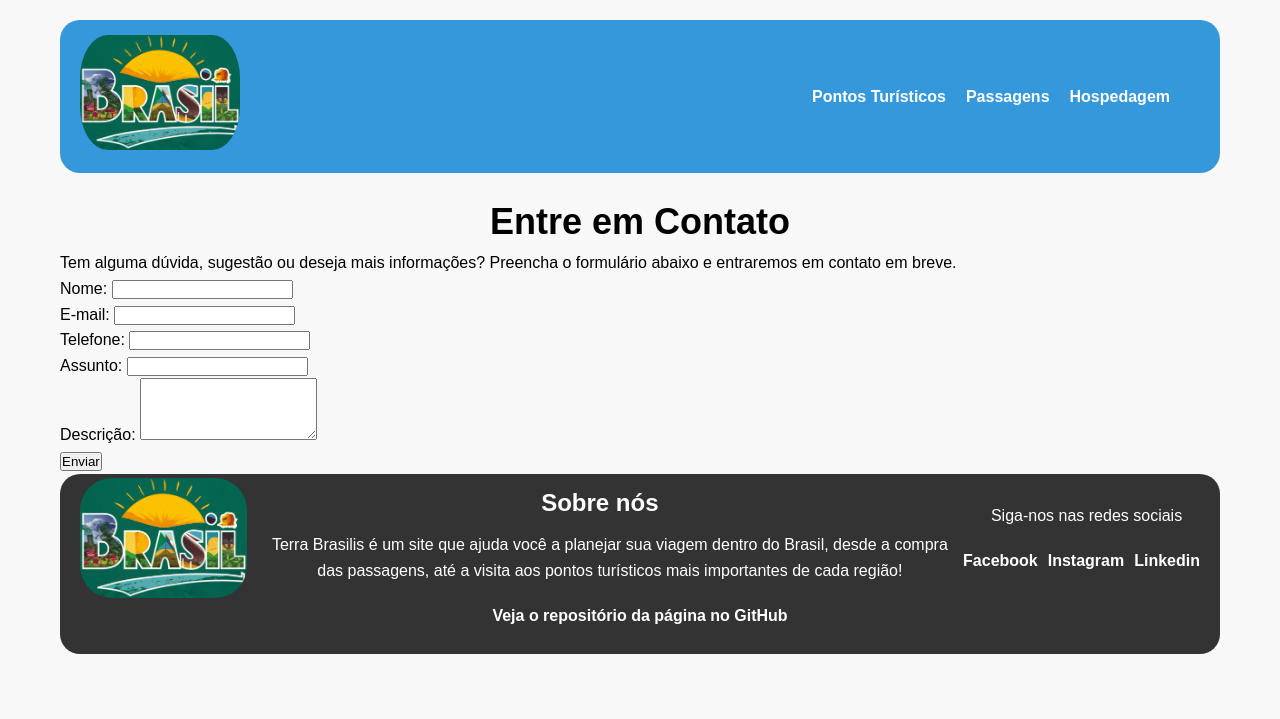
Repository: rodrigototy/ETE-PE
Page: tourism-agency/pages/contato.html
The author's editor kept a copy of each file at every save. The page is drawn from the files as they stood at one save, then again after a run of saves.
The browser window is 1280 px wide. The pictures show the whole page.

Above is the page before, as saved 2024-04-04 19:13:31.

### tourism-agency/pages/contato.html
<!DOCTYPE html>
<html lang="pt-BR">
<head>
  <meta charset="UTF-8">
  <meta name="viewport" content="width=device-width, initial-scale=1.0">
  <link rel="stylesheet" href="../static/css/style.css">
  <title>Contato - Terra Brasilis</title>
  <script src="../static/js/submain.js" defer></script>
</head>
<body>
  <div id="header"></div>
  <main>
    <h1>Entre em Contato</h1>
    <p>Tem alguma dúvida, sugestão ou deseja mais informações? Preencha o formulário abaixo e entraremos em contato em breve.</p>
    <form action="enviar.php" method="post">
      <div class="form-group">
        <label for="nome">Nome:</label>
        <input type="text" id="nome" name="nome" required>
      </div>
      <div class="form-group">
        <label for="email">E-mail:</label>
        <input type="email" id="email" name="email" required>
      </div>
      <div class="form-group">
        <label for="telefone">Telefone:</label>
        <input type="tel" id="telefone" name="telefone" required>
      </div>
      <div class="form-group">
        <label for="assunto">Assunto:</label>
        <input type="text" id="assunto" name="assunto" required>
      </div>
      <div class="form-group">
        <label for="descricao">Descrição:</label>
        <textarea id="descricao" name="descricao" rows="4" required></textarea>
      </div>
      <button type="submit">Enviar</button>
    </form>
  </main>
  <div id="footer"></div>
</body>
</html>

### tourism-agency/static/css/style.css
/* Reset de estilos padrão */
* {
  margin: 0;
  padding: 0;
  box-sizing: border-box;
}

/* Estilos globais */
body {
  font-family: Arial, sans-serif;
  background-color: #f8f8f8;
  line-height: 1.6;
  margin: 0;
  max-width: 1200px;
  margin: 0 auto;
  padding: 20px;
}

header img {
  max-width: 100%;
  height: auto;
  padding: 5px 20px;
  border-radius: 3rem;
}

/* Estilizar o header */
header {
  background-color: #3498db;
  color: #fff;
  padding: 10px 0;
  display: flex;
  justify-content: space-between;
  align-items: center;
  border-radius: 20px;
}

nav {
  display: flex;
  justify-content: flex-end;
  align-items: center;
  padding: 10px 50px;
}

nav ul {
  list-style: none;
  display: flex;
}

nav li {
  margin-left: 20px;
}

nav a {
  text-decoration: none;
  color: #fff;
  font-weight: bold;
}

/* Estilizar o h1 do main */
main h1 {
  font-size: 36px;
  margin: 20px 0 0 0;
  text-align: center;
}

/* Estilizar os cards */
.card {
  display: flex;
  border: 1px solid #ccc;
  padding: 10px;
  margin: 10px;
  box-shadow: 0 2px 5px rgba(0, 0, 0, 0.2);
  border-radius: 10px;
}

.card img {
  max-width: 300px;
  height: auto;
}

.texto {
  display: flex;
  flex-direction: column;
  align-content: flex-start;
  padding-left: 10px;
}

/* Estilizar o footer */
footer {
  background-color: #333;
  color: #fff;
  text-align: center;
  padding: 0px 20px;
  border-radius: 20px;
}

footer h2 {
  margin: 10px;
}

footer p {
  margin: 0px 0px 20px 20px;
}

footer a {
  text-decoration: none;
  color: #fff;
  font-weight: bold;
}

/* Estilizar o footer ul */
footer ul {
  list-style: none;
  display: flex;
  justify-content: flex-end;
}

footer li {
  margin-left: 10px;
}

.about {
  display: flex;
  align-items: center;
}

.about img {
  border-radius: 2rem;
}

### tourism-agency/static/js/submain.js
document.addEventListener("DOMContentLoaded", function () {
  const header = document.getElementById("header");
  const footer = document.getElementById("footer");

  // Carrega o header
  fetch("../static/templates/submain/header.html")
    .then((response) => response.text())
    .then((data) => {
      header.innerHTML = data;
    });

  // Carrega o footer
  fetch("../static/templates/submain/footer.html")
    .then((response) => response.text())
    .then((data) => {
      footer.innerHTML = data;
    });
});

### tourism-agency/static/templates/submain/header.html
<header>
  <a href="../index.html">
    <img
      src="../static/img/logo-agency.png"
      alt="Logotipo Terra Brasilis"
      width="200"
    />
  </a>
  <nav>
    <ul>
      <li><a href="pontos_turisticos.html">Pontos Turísticos</a></li>
      <li><a href="#">Passagens</a></li>
      <li><a href="#">Hospedagem</a></li>
    </ul>
  </nav>
</header>

### tourism-agency/static/templates/submain/footer.html

<footer>
    <div class="about">
      <img src="../static/img/logo-agency.png" alt="Logotipo Terra Brasilis" height="120"/>
      <div>
        <h2>Sobre nós</h2>
        <p>
          Terra Brasilis é um site que ajuda você a planejar sua viagem dentro
          do Brasil, desde a compra das passagens, até a visita aos pontos
          turísticos mais importantes de cada região!
        </p>
      </div>
      <div class="redes">
        <p>Siga-nos nas redes sociais</p>
      <ul>
        <li><a href="https://facebook.com">Facebook</a></li>
        <li><a href="https://instagram.com">Instagram</a></li>
        <li><a href="https://linkedin.com">Linkedin</a></li>
      </ul></div>
    </div>
    <a class="repository"
      href="https://github.com/rodrigototy/ETE-PE/tree/main/tourism-agency"
      >Veja o repositório da página no GitHub</a
    ><br /><br />
  </footer>

After the next 4 saves:
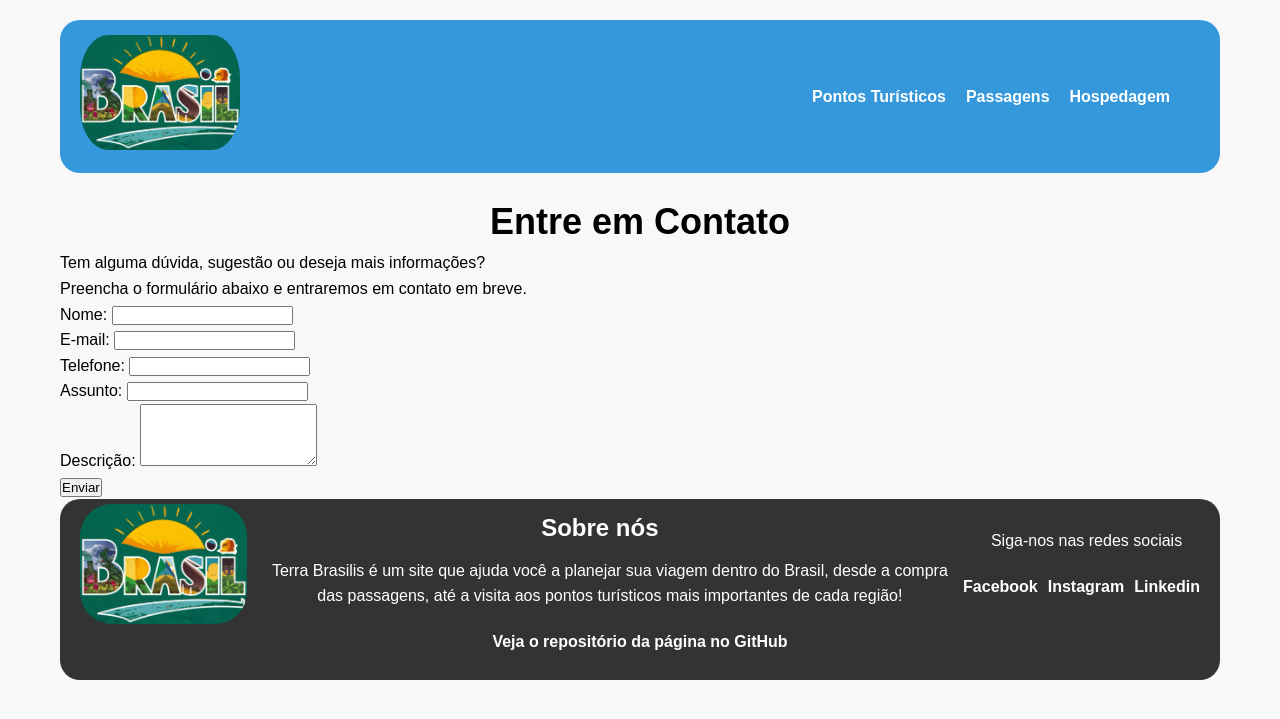
The 4 saves are shown as one change because they came seconds apart.
The last was saved 46 min 2 s later.
--- a/tourism-agency/pages/contato.html
+++ b/tourism-agency/pages/contato.html
@@ -11,7 +11,8 @@
   <div id="header"></div>
   <main>
     <h1>Entre em Contato</h1>
-    <p>Tem alguma dúvida, sugestão ou deseja mais informações? Preencha o formulário abaixo e entraremos em contato em breve.</p>
+    <p>Tem alguma dúvida, sugestão ou deseja mais informações?</p>
+    <p></p>Preencha o formulário abaixo e entraremos em contato em breve.</p>
     <form action="enviar.php" method="post">
       <div class="form-group">
         <label for="nome">Nome:</label>
